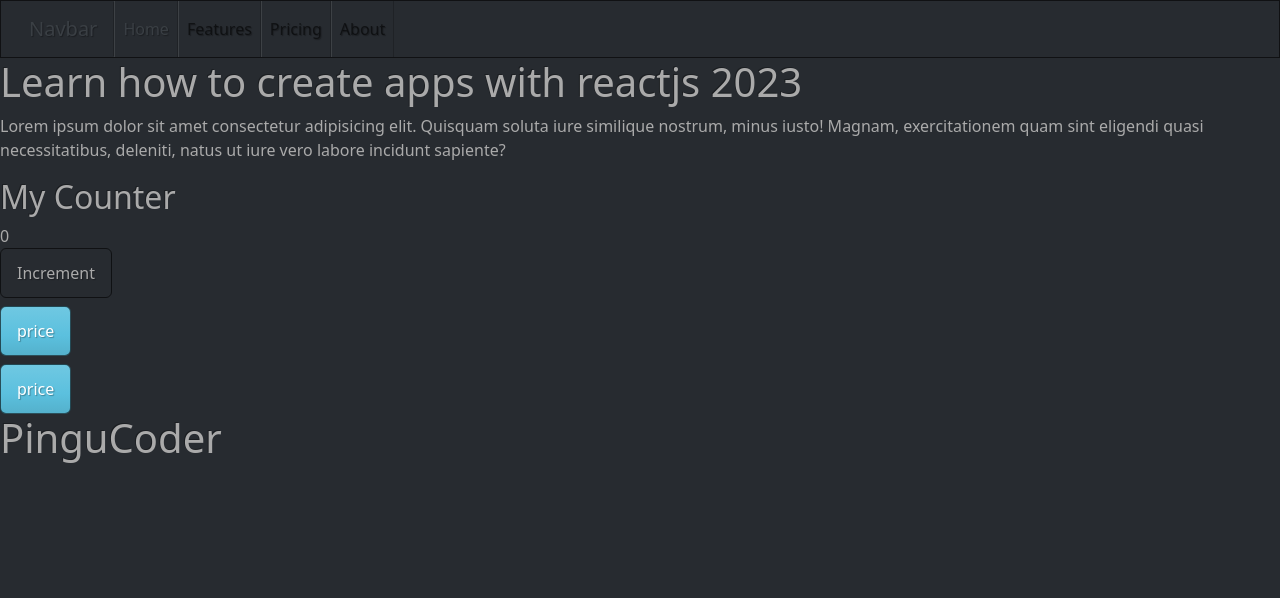
Repository: chanwarichawki/React-BC
Page: /
These files come from the project's save history. The page is drawn as it stood at one moment and after the next save; the edit follows.
The browser window is 1280 px wide. The pictures show the whole page.
Some web libraries are served in a nearby version. The project was rebuilt for these pictures with package versions that can differ from the ones it lists, and the page was loaded fresh each time. Also part of the build but not shown: vite.config.js.

Above is the page before, as saved 2024-01-15 18:46:17.

After the next save:
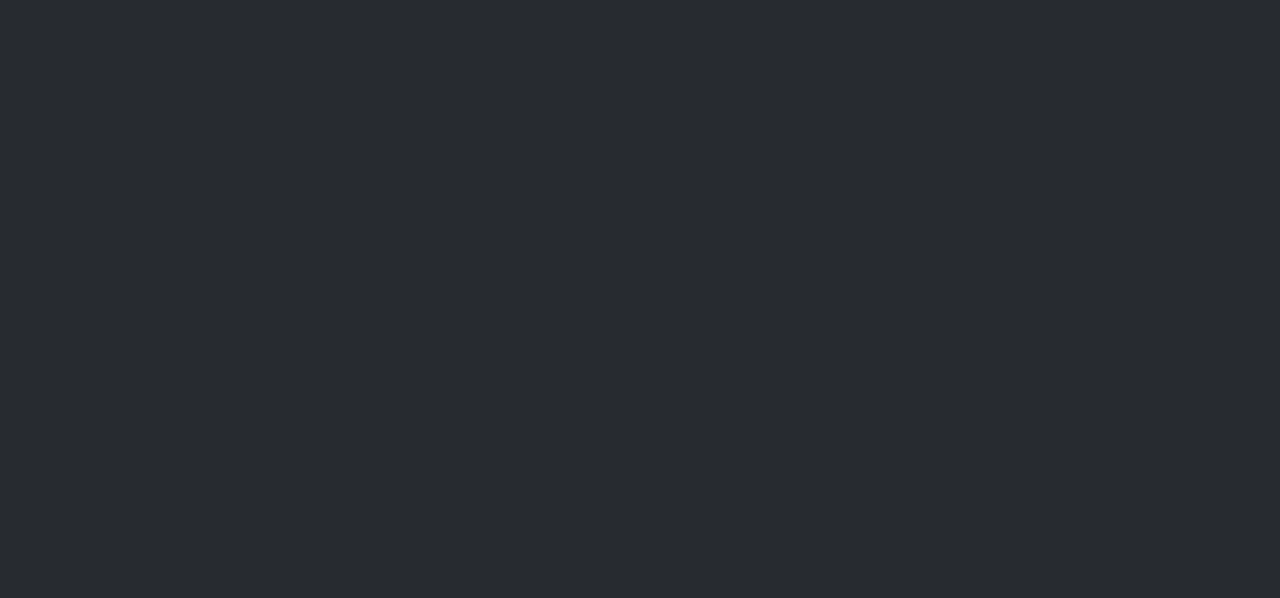
Console error (its wording comes from the project's code and is left out).
Saved 4 s later.
--- a/src/components/Product.jsx
+++ b/src/components/Product.jsx
@@ -3,7 +3,7 @@
   console.log("my data , props")
   return (
     <>
-    <h1>{}</h1>
+    <h1>{props}</h1>
     <button className="btn btn-info">price</button>
     </>
   )

After the 3 saves that followed:
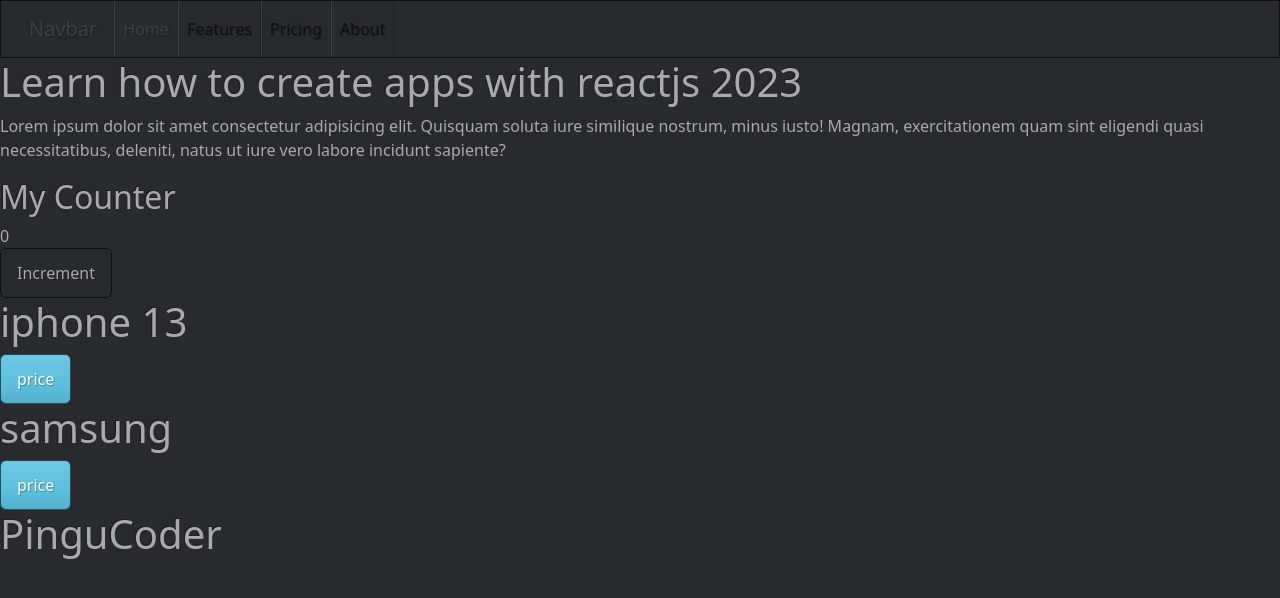
The error is gone.
The 3 saves are shown as one change because they came seconds apart.
The last was saved 26 s later.
--- a/src/components/Product.jsx
+++ b/src/components/Product.jsx
@@ -3,7 +3,7 @@
   console.log("my data , props")
   return (
     <>
-    <h1>{props}</h1>
+    <h1>{props.data.label}</h1>
     <button className="btn btn-info">price</button>
     </>
   )
